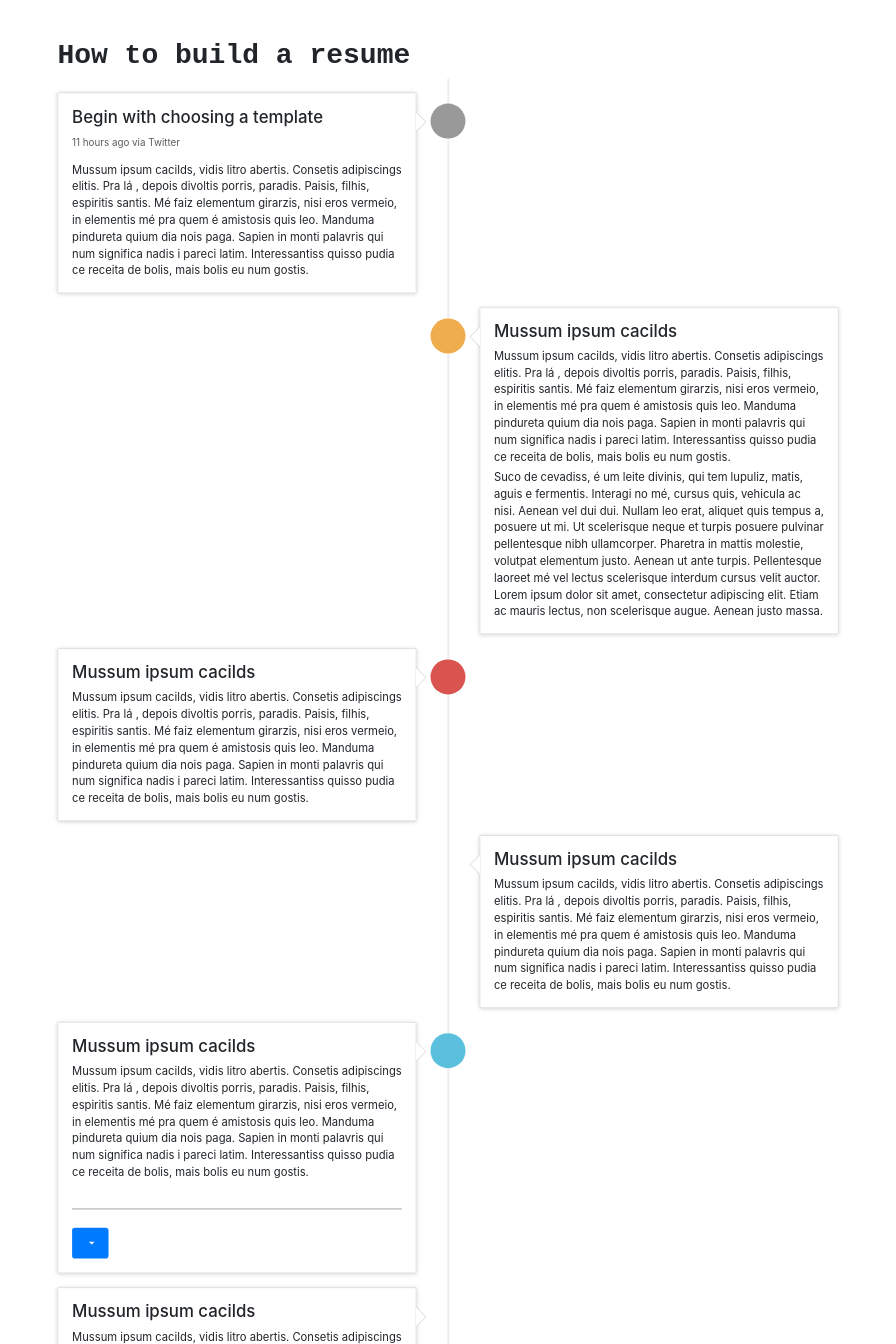
Repository: Tejaakshaykumar/MakeMyVita-Resume-Builder-Website
Page: / (app in frontend/)
These files come from the project's save history. The page is drawn as it stood at one moment and after the next save; the edit follows.
The browser window is 1280 px wide. The pictures show the part of the page from y = 0 to 1920 px (the page is 2609 px tall before and 2569 px after), at 70% of full size.
Some icons come from a web library that is not loaded, so they are not drawn. Some web fonts or font styles are not loaded; a fallback is used. Some web libraries are served in a nearby version. The project was rebuilt for these pictures with package versions that can differ from the ones it lists, and the page was loaded fresh each time. Also part of the build but not shown: frontend/src/App.css, frontend/src/containers/Navbar.js, frontend/src/containers/About.js, frontend/src/containers/Buildresume.js, frontend/src/containers/Images.js, frontend/src/containers/Features.js, frontend/src/containers/Review.js, frontend/src/containers/Trybox.js and 24 more.

Above is the page before, as saved 2024-06-16 23:22:24.

### frontend/public/index.html
<!DOCTYPE html>
<html lang="en">
  <head>
    <meta charset="utf-8" />
    <link rel="icon" href="../src/images/HubSpot Brand Kit (1)/Logo/JPEG/Favicon-32x32.jpeg" />
    <meta name="viewport" content="width=device-width, initial-scale=1" />
    <meta name="theme-color" content="#000000" />
    <meta
      name="description"
      content="Web site created using create-react-app"
    />
    <link rel="apple-touch-icon" href="../src/images/HubSpot Brand Kit (1)/Logo/JPEG/Favicon-32x32.jpeg" />
    <link rel="manifest" href="%PUBLIC_URL%/manifest.json" />
    <link rel="stylesheet" href="https://stackpath.bootstrapcdn.com/bootstrap/4.5.2/css/bootstrap.min.css">
  <link rel="stylesheet" href="https://stackpath.bootstrapcdn.com/font-awesome/4.7.0/css/font-awesome.min.css">
  <link href="https://cdn.jsdelivr.net/npm/bootstrap@5.3.3/dist/css/bootstrap.min.css" rel="stylesheet" integrity="sha384-QWTKZyjpPEjISv5WaRU9OFeRpok6YctnYmDr5pNlyT2bRjXh0JMhjY6hW+ALEwIH" crossorigin="anonymous">
  <link href="https://cdn.jsdelivr.net/npm/bootstrap-icons@1.7.2/font/bootstrap-icons.css" rel="stylesheet">
  <link rel="stylesheet" href="https://cdnjs.cloudflare.com/ajax/libs/bootstrap-icons/1.10.0/font/bootstrap-icons.min.css">
  <title>MakeMyVita</title>
  </head>
  <body>
    <noscript>You need to enable JavaScript to run this app.</noscript>
    <div id="root"></div>
  </body>
  <script src="https://cdn.jsdelivr.net/npm/bootstrap@5.3.3/dist/js/bootstrap.bundle.min.js" integrity="sha384-YvpcrYf0tY3lHB60NNkmXc5s9fDVZLESaAA55NDzOxhy9GkcIdslK1eN7N6jIeHz" crossorigin="anonymous"></script>
</html>

### frontend/src/containers/Howitworks.js
import React from 'react'

function Howitworks ()  {
    return (
        <div className="container">
        <div className="page-header">
          <h1 id="timeline">How to build a resume</h1>
        </div>
        <ul className="timeline">
          <li>
            <div className="timeline-badge">
              <i className="glyphicon glyphicon-check" />
            </div>
            <div className="timeline-panel">
              <div className="timeline-heading">
                <h4 className="timeline-title">Begin with choosing a template</h4>
                <p>
                  <small className="text-muted">
                    <i className="glyphicon glyphicon-time" /> 11 hours ago via
                    Twitter
                  </small>
                </p>
              </div>
              <div className="timeline-body">
                <p>
                  Mussum ipsum cacilds, vidis litro abertis. Consetis adipiscings
                  elitis. Pra lá , depois divoltis porris, paradis. Paisis, filhis,
                  espiritis santis. Mé faiz elementum girarzis, nisi eros vermeio, in
                  elementis mé pra quem é amistosis quis leo. Manduma pindureta quium
                  dia nois paga. Sapien in monti palavris qui num significa nadis i
                  pareci latim. Interessantiss quisso pudia ce receita de bolis, mais
                  bolis eu num gostis.
                </p>
              </div>
            </div>
          </li>
          <li className="timeline-inverted">
            <div className="timeline-badge warning">
              <i className="glyphicon glyphicon-credit-card" />
            </div>
            <div className="timeline-panel">
              <div className="timeline-heading">
                <h4 className="timeline-title">Mussum ipsum cacilds</h4>
              </div>
              <div className="timeline-body">
                <p>
                  Mussum ipsum cacilds, vidis litro abertis. Consetis adipiscings
                  elitis. Pra lá , depois divoltis porris, paradis. Paisis, filhis,
                  espiritis santis. Mé faiz elementum girarzis, nisi eros vermeio, in
                  elementis mé pra quem é amistosis quis leo. Manduma pindureta quium
                  dia nois paga. Sapien in monti palavris qui num significa nadis i
                  pareci latim. Interessantiss quisso pudia ce receita de bolis, mais
                  bolis eu num gostis.
                </p>
                <p>
                  Suco de cevadiss, é um leite divinis, qui tem lupuliz, matis, aguis
                  e fermentis. Interagi no mé, cursus quis, vehicula ac nisi. Aenean
                  vel dui dui. Nullam leo erat, aliquet quis tempus a, posuere ut mi.
                  Ut scelerisque neque et turpis posuere pulvinar pellentesque nibh
                  ullamcorper. Pharetra in mattis molestie, volutpat elementum justo.
                  Aenean ut ante turpis. Pellentesque laoreet mé vel lectus
                  scelerisque interdum cursus velit auctor. Lorem ipsum dolor sit
                  amet, consectetur adipiscing elit. Etiam ac mauris lectus, non
                  scelerisque augue. Aenean justo massa.
                </p>
              </div>
            </div>
          </li>
          <li>
            <div className="timeline-badge danger">
              <i className="glyphicon glyphicon-credit-card" />
            </div>
            <div className="timeline-panel">
              <div className="timeline-heading">
                <h4 className="timeline-title">Mussum ipsum cacilds</h4>
              </div>
              <div className="timeline-body">
                <p>
                  Mussum ipsum cacilds, vidis litro abertis. Consetis adipiscings
                  elitis. Pra lá , depois divoltis porris, paradis. Paisis, filhis,
                  espiritis santis. Mé faiz elementum girarzis, nisi eros vermeio, in
                  elementis mé pra quem é amistosis quis leo. Manduma pindureta quium
                  dia nois paga. Sapien in monti palavris qui num significa nadis i
                  pareci latim. Interessantiss quisso pudia ce receita de bolis, mais
                  bolis eu num gostis.
                </p>
              </div>
            </div>
          </li>
          <li className="timeline-inverted">
            <div className="timeline-panel">
              <div className="timeline-heading">
                <h4 className="timeline-title">Mussum ipsum cacilds</h4>
              </div>
              <div className="timeline-body">
                <p>
                  Mussum ipsum cacilds, vidis litro abertis. Consetis adipiscings
                  elitis. Pra lá , depois divoltis porris, paradis. Paisis, filhis,
                  espiritis santis. Mé faiz elementum girarzis, nisi eros vermeio, in
                  elementis mé pra quem é amistosis quis leo. Manduma pindureta quium
                  dia nois paga. Sapien in monti palavris qui num significa nadis i
                  pareci latim. Interessantiss quisso pudia ce receita de bolis, mais
                  bolis eu num gostis.
                </p>
              </div>
            </div>
          </li>
          <li>
            <div className="timeline-badge info">
              <i className="glyphicon glyphicon-floppy-disk" />
            </div>
            <div className="timeline-panel">
              <div className="timeline-heading">
                <h4 className="timeline-title">Mussum ipsum cacilds</h4>
              </div>
              <div className="timeline-body">
                <p>
                  Mussum ipsum cacilds, vidis litro abertis. Consetis adipiscings
                  elitis. Pra lá , depois divoltis porris, paradis. Paisis, filhis,
                  espiritis santis. Mé faiz elementum girarzis, nisi eros vermeio, in
                  elementis mé pra quem é amistosis quis leo. Manduma pindureta quium
                  dia nois paga. Sapien in monti palavris qui num significa nadis i
                  pareci latim. Interessantiss quisso pudia ce receita de bolis, mais
                  bolis eu num gostis.
                </p>
                <hr />
                <div className="btn-group">
                  <button
                    type="button"
                    className="btn btn-primary btn-sm dropdown-toggle"
                    data-toggle="dropdown"
                  >
                    <i className="glyphicon glyphicon-cog" />{" "}
                    <span className="caret" />
                  </button>
                  <ul className="dropdown-menu" role="menu">
                    <li>
                      <a href="#">Action</a>
                    </li>
                    <li>
                      <a href="#">Another action</a>
                    </li>
                    <li>
                      <a href="#">Something else here</a>
                    </li>
                    <li className="divider" />
                    <li>
                      <a href="#">Separated link</a>
                    </li>
                  </ul>
                </div>
              </div>
            </div>
          </li>
          <li>
            <div className="timeline-panel">
              <div className="timeline-heading">
                <h4 className="timeline-title">Mussum ipsum cacilds</h4>
              </div>
              <div className="timeline-body">
                <p>
                  Mussum ipsum cacilds, vidis litro abertis. Consetis adipiscings
                  elitis. Pra lá , depois divoltis porris, paradis. Paisis, filhis,
                  espiritis santis. Mé faiz elementum girarzis, nisi eros vermeio, in
                  elementis mé pra quem é amistosis quis leo. Manduma pindureta quium
                  dia nois paga. Sapien in monti palavris qui num significa nadis i
                  pareci latim. Interessantiss quisso pudia ce receita de bolis, mais
                  bolis eu num gostis.
                </p>
              </div>
            </div>
          </li>
          <li className="timeline-inverted">
            <div className="timeline-badge success">
              <i className="glyphicon glyphicon-thumbs-up" />
            </div>
            <div className="timeline-panel">
              <div className="timeline-heading">
                <h4 className="timeline-title">Mussum ipsum cacilds</h4>
              </div>
              <div className="timeline-body">
                <p>
                  Mussum ipsum cacilds, vidis litro abertis. Consetis adipiscings
                  elitis. Pra lá , depois divoltis porris, paradis. Paisis, filhis,
                  espiritis santis. Mé faiz elementum girarzis, nisi eros vermeio, in
                  elementis mé pra quem é amistosis quis leo. Manduma pindureta quium
                  dia nois paga. Sapien in monti palavris qui num significa nadis i
                  pareci latim. Interessantiss quisso pudia ce receita de bolis, mais
                  bolis eu num gostis.
                </p>
              </div>
            </div>
          </li>
        </ul>
      </div>
    )
  }

export default Howitworks

### frontend/src/components/Step1Template.css
.step-container1 {
    margin-top: 50px;
    display: flex;
    flex-direction: column;
    text-align: center;
    /* align-items: end; */
    background:linear-gradient(to bottom,white,lightblue,rgb(255, 255, 255));
  }

  .step-container1 h2 {
    font-size: 5rem;
    font-family: 'Franklin Gothic Medium', 'Arial Narrow', Arial, sans-serif;
  }
  .search-box {
    align-self: self-end;
    padding: 40px 70px;
  }
  .template-list {
    display: flex;
    flex-wrap: wrap;
    gap: 10px;
    margin-top: 20px;
    padding: 20px 0;
  }

  .template-item {
    width: 20%;
    height: 55vh;
    border: 2px solid #d2daeb;
    border-radius: 5px;
    padding: 10px;
    text-align: center;
    cursor: pointer;
    margin: 0 40px;
    margin-bottom: 50px;
    background-color: #fff;
  }

  .template-item.selected {
    border-color: #007bff;
  }

  .template-item img {
    width: 100%;
    height: auto;
    display: block;
  }

  button {
    margin-top: 20px;
    padding: 10px 20px;
    background-color: #007bff;
    color: #fff;
    border: none;
    border-radius: 5px;
    cursor: pointer;
  }

  button:disabled {
    background-color: #ddd;
    cursor: not-allowed;
  }

### frontend/src/components/components.css
  /* Personal-details */
  .step-container-personal-details {
    padding: 20px;
    max-width: 800px;
    margin: 0 auto;
    background-color: #ffffff;
    border: 1px solid #ccc;
    border-radius: 8px;
  }

  h2 {
    text-align: center;
    margin-bottom: 20px;
    font-size: 3rem;
    font-family:'Franklin Gothic Medium', 'Arial Narrow', Arial, sans-serif ;
    font-weight: 300;
    color: #000000;

  }

  .step-container-personal-details form {
    display: flex;
    flex-direction: column;
  }

  .form-row {
    display: flex;
    justify-content: space-between;
    margin-bottom: 15px;
  }

  .form-group {
    flex: 1;
    margin-right: 10px;
  }

  .form-group:last-child {
    margin-right: 0;
  }

  label {
    display: block;
    margin-bottom: 5px;
    font-weight: bold;
  }

  input {
    width: 100%;
    padding: 10px;
    border: 1px solid #ccc;
    border-radius: 4px;
  }

  .buttons {
    display: flex;
    justify-content: space-between;
    margin-top: 20px;
    /* margin: 20px 20px; */
  }

  .buttons button {
    padding: 10px 20px;
    border: none;
    border-radius: 4px;
    background-color: #007bff;
    color: white;
    cursor: pointer;
    transition: background-color 0.3s;
  }

  .buttons button:hover {
    background-color: #0056b3;
  }

  .buttons button:disabled {
    background-color: #cccccc;
    cursor: not-allowed;
  }

  /* education-details */
  .step-container {
    padding: 20px;
    max-width: 800px;
    margin: 0 auto;
    background-color: #ffffff;
    border: 1px solid #ccc;
    border-radius: 8px;
  }

  .step-container h2 {
    text-align: center;
    margin-bottom: 20px;
    margin-top: 20px;
  }

  .step-container p {
    text-align: center;
    margin-bottom: 20px;
  }

  hr {
    margin-top: 40px;
    text-align: center;
    /* color: rgb(0, 0, 255); */
    border: 1px solid rgb(0, 0, 0);
  }

  .education-entry {
    margin-bottom: 20px;
    padding: 10px 50px;
  }

  .education-entry label {
    display: block;
    margin-top: 10px;
    font-weight: bold;
  }

  .education-entry input {
    width: 100%;
    padding: 10px;
    margin-top: 5px;
    border: 1px solid #ccc;
    border-radius: 4px;
  }

  button[type="button"] {
    margin-top: 10px;
    padding: 10px 20px;
    border: none;
    border-radius: 4px;
    background-color: #007bff;
    color: white;
    cursor: pointer;
    transition: background-color 0.3s;
  }

  button[type="button"]:hover {
    background-color: #0056b3;
  }

  .buttons {
    display: flex;
    justify-content: space-between;
    margin-top: 20px;
  }

  .buttons button {
    padding: 10px 20px;
    border: none;
    border-radius: 4px;
    background-color: #007bff;
    color: white;
    cursor: pointer;
    transition: background-color 0.3s;
  }

  .buttons button:hover {
    background-color: #0056b3;
  }

  .buttons button:disabled {
    background-color: #cccccc;
    cursor: not-allowed;
  }

  /* experience */
  .experience-entry {
    margin-bottom: 20px;
    padding: 10px 50px;
  }

  .experience-entry label {
    display: block;
    margin-top: 10px;
    font-weight: bold;
  }

  .experience-entry input {
    width: 100%;
    padding: 10px;
    margin-top: 5px;
    border: 1px solid #ccc;
    border-radius: 4px;
  }

  /* project-details */

  .project-entry {
    margin-bottom: 20px;
    padding: 10px 50px;
  }

  .project-entry label {
    display: block;
    margin-top: 10px;
    font-weight: bold;
  }

  .project-entry input {
    width: 100%;
    padding: 10px;
    margin-top: 5px;
    border: 1px solid #ccc;
    border-radius: 4px;
  }

  /* additional-sections */
  .additional-section {
    margin-bottom: 20px;
    padding: 10px 50px;
  }

  .additional-section h3 {
    margin-top: 20px;
    margin-bottom: 10px;
    font-weight: bold;
  }

  .additional-section input {
    width: 100%;
    padding: 10px;
    margin-top: 5px;
    margin-bottom: 10px;
    border: 1px solid #ccc;
    border-radius: 4px;
  }

  /* skills */

  .skills-section {
    margin-bottom: 20px;
    padding: 10px 50px;

  }

  .skills-section h3 {
    margin-top: 20px;
    margin-bottom: 10px;
    font-weight: bold;
  }

  .skills-section input {
    width: 100%;
    padding: 10px;
    margin-top: 5px;
    margin-bottom: 10px;
    border: 1px solid #ccc;
    border-radius: 4px;
  }

### frontend/src/templates/temp1.css


  .resume-container {
    display: flex;
    height: 11in;
    width: 8.5in;
    margin: 20px auto;
    background: #ffffff;
    box-shadow: 0 0 10px rgba(0, 0, 0, 0.1);
    flex-direction: row;
  }

  .left-panel {
    width: 28%;
    background: #c7cbcc;
    padding: 20px;
    box-sizing: border-box;
  }

  .right-panel {
    background: #ffffff;
    width: 72%;
    padding: 20px;
    box-sizing: border-box;
  }

  .profile-pic img {
    width: 150px;
    height: 150px;
    border-radius: 50%;
    object-fit: cover;
    display:block;
    margin: 0 auto 20px;
  }

  h3 {
    font-family:  monospace;
    /* font-size: medium; */
  }

  h1, h2 {
    margin-top: 5%;
    font-family:  monospace;
    font-weight: 700;
  }
  .contact-info, .education, .skills {
    margin-bottom: 20px;
  }

  .contact-info h2, .education h2, .skills h2 {
    font-size: 1.2em;
    border-bottom: 2px solid #ccc;
    padding-bottom: 2px;
    margin-bottom: 10px;
  }

  .contact-info p, .education p, .skills ul {
    margin: 0;
    font-size: small;
    font-family:Cambria, Cochin, Georgia, Times, 'Times New Roman', serif;
  }

  .skills ul {
    /* list-style: none; */
    padding-left: 10%;
  }

  .skills ul li {
    background: #d0d4d5;
    margin-bottom: 5px;
    padding: 2px;
    border-radius: 3px;
  }

  .right-panel h1 {
    font-size: 2em;
  }

  .right-panel h2 {
    font-size: 1.5em;
    margin-bottom: 10px;
  }

  .profile, .experience {
    margin-bottom: 20px;
  }

  .experience h3 {
    margin-top: 0;
  }

  .experience ul {
    list-style-type: disc;
    margin-left: 20px;
    font-size: small;
    font-family:Arial, Helvetica, sans-serif;
  }

### frontend/src/templates/temp2.css
.resume {
    font-family:'Times New Roman', Times, serif;
    margin: 0 auto;
    height: 11in;
    width: 8.5in;
    padding: 20px 50px;
    background-color: rgb(255, 255, 255);
    font-size: 0.8rem;
  }

  .header {
    display: flex;
    flex-direction: row;
    height: 12vh;
  }

  .top-left {
    display: flex;
    flex-direction: row;
    width: 60%;
  }

  .header p {
    margin: 0;
  }

  .image img{
    width: 80%;
  }

  .myself {
    width: 85%;
    padding-top: 20px;
    text-align: left;
  }

  .myself h1 {
    font-size: 1.2rem;
    font-weight: 500;
  }

  .top-right {
    margin-top: 10px;
    text-align: end;
    width: 40%;
  }



  .section {
    margin-bottom: 20px;
  }

  .section h2 {
    border-bottom: 2px solid #000;
    /* padding-bottom: 5px; */
    font-size: 1.2rem;
    font-weight: 600;
  }

  .edu {
    display: flex;
    flex-direction: row;
    margin: 0px;
  }

  .l {
    text-align: left;
    width: 70%;
  }

  .r {
    text-align: right;
    width: 30%;
    margin: 0 0 0px 0;
  }

  .r p {
    margin: 0px 0px 0px 0px;
  }

  li {
    padding:0;
  }

Loaded but not shown: frontend/src/index.js (common file); frontend/src/index.css (common file); frontend/src/reportWebVitals.js (common file); frontend/src/App.js (186 lines, source omitted); frontend/src/containers/Foot.js (64 lines, source omitted); frontend/src/pages/pagestyles.css (707 lines, source omitted); frontend/src/containers/cont.css (531 lines, source omitted); frontend/src/components/Roadmap.css (231 lines, source omitted)

After the next save:
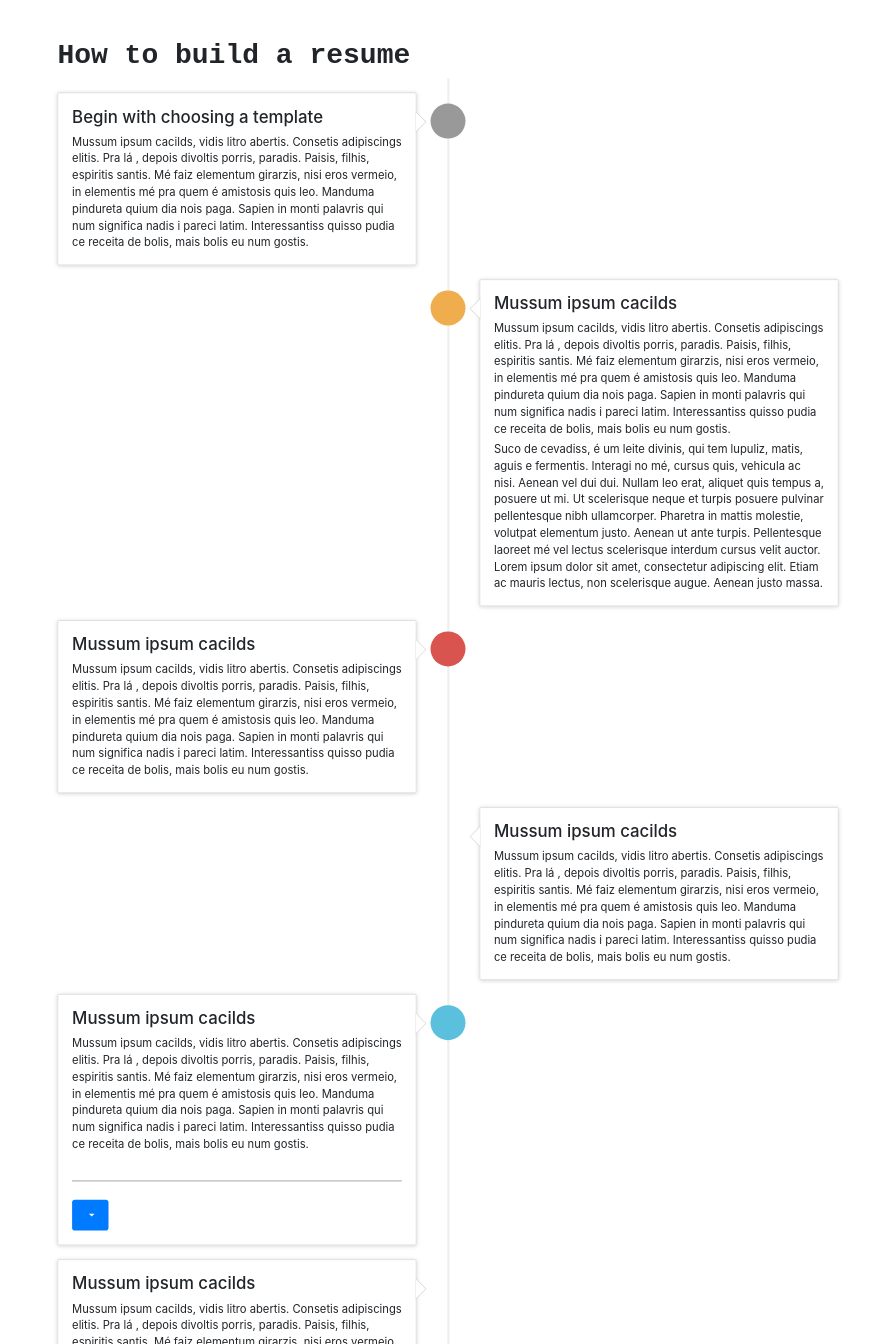
Saved 17 s later.
--- a/frontend/src/containers/Howitworks.js
+++ b/frontend/src/containers/Howitworks.js
@@ -14,12 +14,12 @@ function Howitworks ()  {
             <div className="timeline-panel">
               <div className="timeline-heading">
                 <h4 className="timeline-title">Begin with choosing a template</h4>
-                <p>
+                {/* <p>
                   <small className="text-muted">
                     <i className="glyphicon glyphicon-time" /> 11 hours ago via
                     Twitter
                   </small>
-                </p>
+                </p> */}
               </div>
               <div className="timeline-body">
                 <p>
